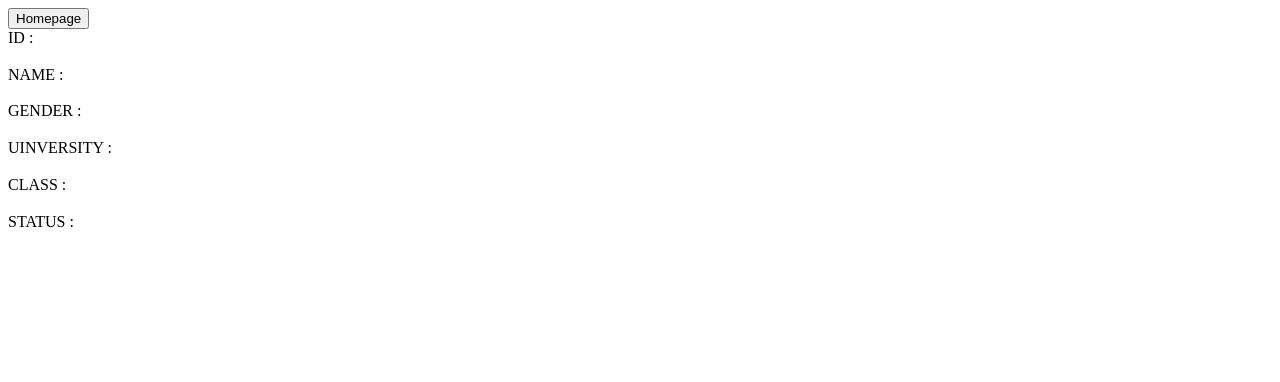
Repository: kepisal/ServletJAVA
Page: AjaxStaffandStudent/WebContent/pages/viewdetails.html
The author's editor kept a copy of each file at every save. The page is drawn from the files as they stood at one save, then again after the next save.
The browser window is 1280 px wide. The pictures show the whole page.

Above is the page before, as saved 2015-07-10 15:37:14.

### AjaxStaffandStudent/WebContent/pages/viewdetails.html
<!DOCTYPE html>
<html>
<head>
<meta charset="ISO-8859-1">
<title>Insert title here</title>
</head>
<body>
	<div>
		<button id="btnhomepage">Homepage</button>
	</div>
	<div>
		<label>ID         :</label><h3 id="stuid"></h3>
		<label>NAME       :</label><h3 id="stuname"></h3>
		<label>GENDER     :</label><h3 id="stugender"></h3>
		<label>UINVERSITY :</label><h3 id="stuuniversity"></h3>
		<label>CLASS      :</label><h3 id="stuclass"></h3>
		<label>STATUS     :</label><h3 id="stustatus"></h3>
	</div>
</body>
</html>

After the next save:
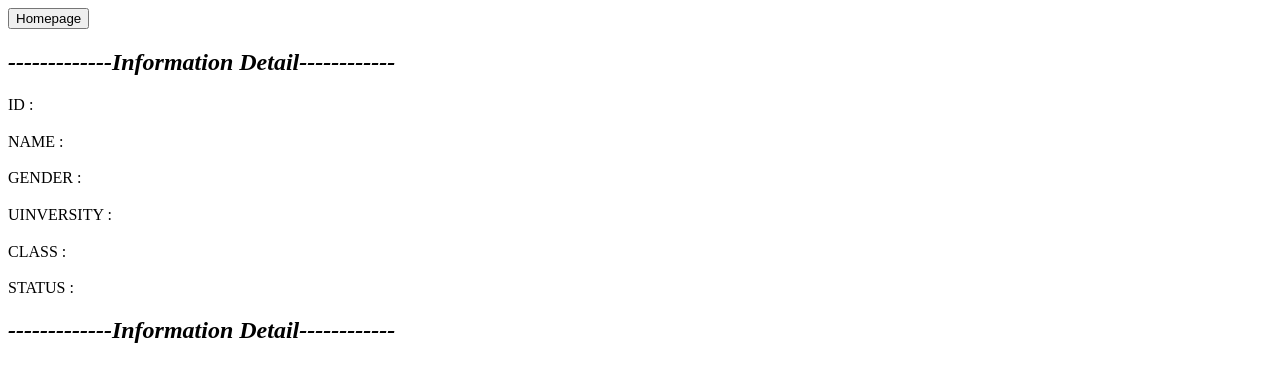
Saved 59 s later.
--- a/AjaxStaffandStudent/WebContent/pages/viewdetails.html
+++ b/AjaxStaffandStudent/WebContent/pages/viewdetails.html
@@ -9,12 +9,14 @@
 		<button id="btnhomepage">Homepage</button>
 	</div>
 	<div>
+		<i><h2>-------------Information Detail------------</h2></i>
 		<label>ID         :</label><h3 id="stuid"></h3>
 		<label>NAME       :</label><h3 id="stuname"></h3>
 		<label>GENDER     :</label><h3 id="stugender"></h3>
 		<label>UINVERSITY :</label><h3 id="stuuniversity"></h3>
 		<label>CLASS      :</label><h3 id="stuclass"></h3>
 		<label>STATUS     :</label><h3 id="stustatus"></h3>
+		<i><h2>-------------Information Detail------------</h2></i>
 	</div>
 </body>
 </html>
